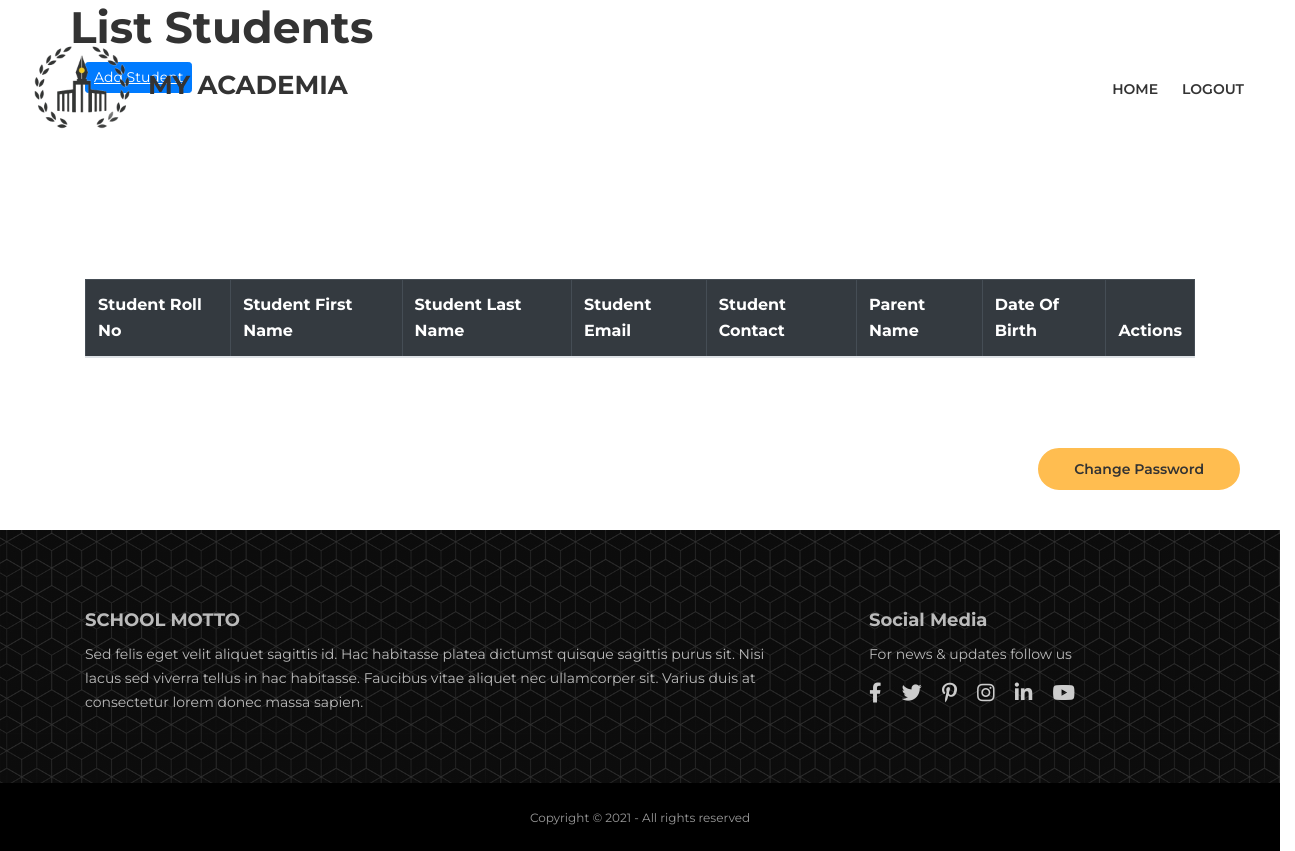
Repository: SaxenaAbhay/DBMS2023
Page: http://localhost/students
An editor plug-in stored every save of this project. The page is shown before and after the next save, followed by the edit.
The browser window is 1280 px wide. The page is 1295 px wide, so the pictures cover 1295 px, including what lies to the right of the window. The pictures show the whole page.
The page is this project's Thymeleaf template; nobody is signed in. The template is opened directly, without the code that normally fills it, so the values that code supplies are empty.

Above is the page before, as saved 2023-10-22 10:50:09.

### school-managment-system/src/main/resources/templates/students.html
<!DOCTYPE html>
<html lang="en">
    <head>
        <meta charset="utf-8">
        <meta name="viewport" content="width=device-width, initial-scale=1, shrink-to-fit=no">

        <!-- SEO Meta Tags -->
        <meta name="description" content="My Academia">
        <meta name="keywords" content="school website, responsive">
        <meta name="author" content="Yashwini Bansal">

        <!-- Website Title -->
        <title>My Academia</title>

        <link href="https://fonts.googleapis.com/css?family=Montserrat:400,400i,600,700,700i&display=swap" rel="stylesheet">

        <link href="css/bootstrap.css" rel="stylesheet">
        <link href="css/fontawesome-all.css" rel="stylesheet">
        <link href="css/swiper.css" rel="stylesheet">
        <link href="css/styles.css" rel="stylesheet">

        <link rel="icon" href="images/logo2.jpg">

        <!-- Scripts -->
        <script src="js/jquery.min.js" defer></script>
        <script src="js/popper.min.js" defer></script>
        <script src="js/bootstrap.min.js" defer></script>
        <script src="js/jquery.easing.min.js" defer></script>
        <script src="js/swiper.min.js" defer></script>
        <script src="js/validator.min.js" defer></script>
        <script src="js/scripts.js" defer></script>
    </head>
    <body  data-spy="scroll"  data-target=".fixed-top">

        <!-- Preloader -->
        <div class="spinner-wrapper">
            <div class="spinner">
                <div class="bounce1"></div>
                <div class="bounce2"></div>
                <div class="bounce3"></div>
            </div>
        </div>
        <!-- end of preloader -->


        <!-- Navigation -->
        <nav class="navbar navbar-expand-lg navbar-dark navbar-custom fixed-top">

            <!-- Logo -->
            <a class="navbar-brand logo-image" href="./index.html"><img src="./images/logo.jpg"></a><h3>MY ACADEMIA</h3>

            <!-- Mobile Menu Toggle Button -->
            <button class="navbar-toggler" type="button" data-toggle="collapse" data-target="#navbarsExampleDefault" aria-controls="navbarsExampleDefault" aria-expanded="false" aria-label="Toggle navigation">
                <span class="navbar-toggler-awesome fas fa-bars"></span>
                <span class="navbar-toggler-awesome fas fa-times"></span>
            </button>
            <!-- end of mobile menu toggle button -->

            <div class="collapse navbar-collapse" id="navbarsExampleDefault">
                <ul class="navbar-nav ml-auto">
                    <li class="nav-item">
                        <a class="nav-link page-scroll" href="./dashboard.html">HOME</a>
                    </li>
                    <li class="nav-item">
                        <a class="nav-link page-scroll" href="./login.html">LOGOUT</a>
                    </li>
                </ul>
            </div>
        </nav>

        <div class="row">
			<div class="container">
		<div class="row">
			<h1> List Students</h1>
		</div>
		<div class ="row">
            <div class="col-lg-3">
                <a th:href="@{/students/new}" class="btn btn-primary btn-sm mb-3">Add Student</a>
            </div>
        </div>
		<table class="table table-striped table-bordered" >
		<thead class="table-dark">
			<tr>
				<th>Student Roll No</th>
				<th>Student First Name</th>
				<th>Student Last Name</th>
				<th>Student Email</th>
				<th>Student Contact</th>
				<th>Parent Name</th>
				<th>Date Of Birth</th>
				<th>Actions</th>
			</tr>
		</thead>
		<tbody>
			<tr th:each="student: ${students}">
				<td th:text = "${student.scholarId}"></td>
				<td th:text = "${student.firstname}"></td>
				<td th:text = "${student.lastname}"></td>
				<td th:text = "${student.email}"></td>
				<td th:text = "${student.contact}"></td>
				<td th:text = "${student.parentName}"></td>
				<td th:text = "${student.dob}"></td>
				<td>
					<a th:href="@{/students/edit/{scholarId}(scholarId=${student.scholarId})}" class="btn btn-primary">Update</a>
					<a th:href="@{/students/{scholarId}(scholarId=${student.scholarId})}" class="btn btn-danger">Delete</a>

				</td>
			</tr>
		</tbody>
		</table>
	</div>
            <!--<div class="col-md-4 mt-1">
                <div class="card text-center sidebar">
                    <div class="card-body">
                        <img src = "./images/prof.png" class="rounded-circle" width="150">
                        <div class="mt-3">
                            <a href="./subjects.html">SUBJECTS</a>
                            <a href="./stud_attendance.html">ATTENDANCE</a>
                            <a href="./stud_marks.html">RESULTS</a>
                        </div>
                    </div>
                </div>
            </div>
            <div class="col-md-8 mt-1">
                <div class="card mb-3 content">
                    <h1 class="m-3 pt-3">Hello STUD_NAME...</h1>
                    <div class="card-body">
                        <div class="row">
                            <div class="col-md-3"><h5>Full Name</h5></div>
                            <div class="col-md-9 text-secondary">name</div>
                        </div>
                        <div class="row">
                            <div class="col-md-3"><h5>Class</h5></div>
                            <div class="col-md-9 text-secondary">name</div>
                        </div>
                        <div class="row">
                            <div class="col-md-3"><h5>Enrollment No.</h5></div>
                            <div class="col-md-9 text-secondary">name</div>
                        </div>
                        <div class="row">
                            <div class="col-md-3"><h5>Contact No.</h5></div>
                            <div class="col-md-9 text-secondary">name</div>
                        </div>
                        <div class="row">
                            <div class="col-md-3"><h5>Email id</h5></div>
                            <div class="col-md-9 text-secondary">name</div>
                        </div>
                        <div class="row">
                            <div class="col-md-3"><h5>Permanent address</h5></div>
                            <div class="col-md-9 text-secondary">name</div>
                        </div>
                        <div class="row">
                            <div class="col-md-3"><h5>D.O.B.</h5></div>
                            <div class="col-md-9 text-secondary">name</div>
                        </div>
                        <div class="row">
                            <div class="col-md-3"><h5>Blood Group</h5></div>
                            <div class="col-md-9 text-secondary">name</div>
                        </div>
                        <div class="row">
                            <div class="col-md-3"><h5>Aadhaar No.</h5></div>
                            <div class="col-md-9 text-secondary">name</div>
                        </div>
                    </div>
                </div>
            </div>-->
        </div>

        <a class="btn-solid-reg chng-pswd" href="">Change Password</a>
        <div class="clearfix"></div>

        <!-- Footer -->
        <div class="footer">
            <div class="container">
                <div class="row">
                    <div class="col-md-8">
                        <div class="footer-col first">
                            <h5>SCHOOL MOTTO</h5>
                            <p class="p-small">Sed felis eget velit aliquet sagittis id. Hac habitasse platea dictumst quisque sagittis purus sit. Nisi lacus sed viverra tellus in hac habitasse. Faucibus vitae aliquet nec ullamcorper sit. Varius duis at consectetur lorem donec massa sapien.</p>
                        </div>
                    </div> <!-- end of col -->
                    <div class="col-md-4">
                        <div class="footer-col fourth">
                            <h5>Social Media</h5>
                            <p class="p-small">For news & updates follow us</p>
                            <a href="#your-link">
                                <i class="fab fa-facebook-f"></i>
                            </a>
                            <a href="#your-link">
                                <i class="fab fa-twitter"></i>
                            </a>
                            <a href="#your-link">
                                <i class="fab fa-pinterest-p"></i>
                            </a>
                            <a href="#your-link">
                                <i class="fab fa-instagram"></i>
                            </a>
                            <a href="#your-link">
                                <i class="fab fa-linkedin-in"></i>
                            </a>
                            <a href="#your-link">
                                <i class="fab fa-youtube"></i>
                            </a>
                        </div>
                    </div> <!-- end of col -->
                </div> <!-- end of row -->
            </div> <!-- end of container -->
        </div> <!-- end of footer -->
        <!-- end of footer -->


        <!-- Copyright -->
        <div class="copyright">
            <div class="container">
                <div class="row">
                    <div class="col-lg-12">
                        <p class="p-small">Copyright © 2021 - All rights reserved</p>
                    </div> <!-- end of col -->
                </div> <!-- enf of row -->
            </div> <!-- end of container -->
        </div> <!-- end of copyright -->
        <!-- end of copyright -->
    </body>
</html>

Loaded but not shown: school-managment-system/src/main/resources/static/css/bootstrap.css (library); school-managment-system/src/main/resources/static/css/fontawesome-all.css (library); school-managment-system/src/main/resources/static/css/swiper.css (library); school-managment-system/src/main/resources/static/js/jquery.min.js (library); school-managment-system/src/main/resources/static/js/popper.min.js (library); school-managment-system/src/main/resources/static/js/bootstrap.min.js (library); school-managment-system/src/main/resources/static/js/jquery.easing.min.js (library); school-managment-system/src/main/resources/static/js/swiper.min.js (library); school-managment-system/src/main/resources/static/js/validator.min.js (library); school-managment-system/src/main/resources/static/js/scripts.js (177 lines, source omitted); school-managment-system/src/main/resources/static/css/styles.css (1735 lines, source omitted)

After the next save:
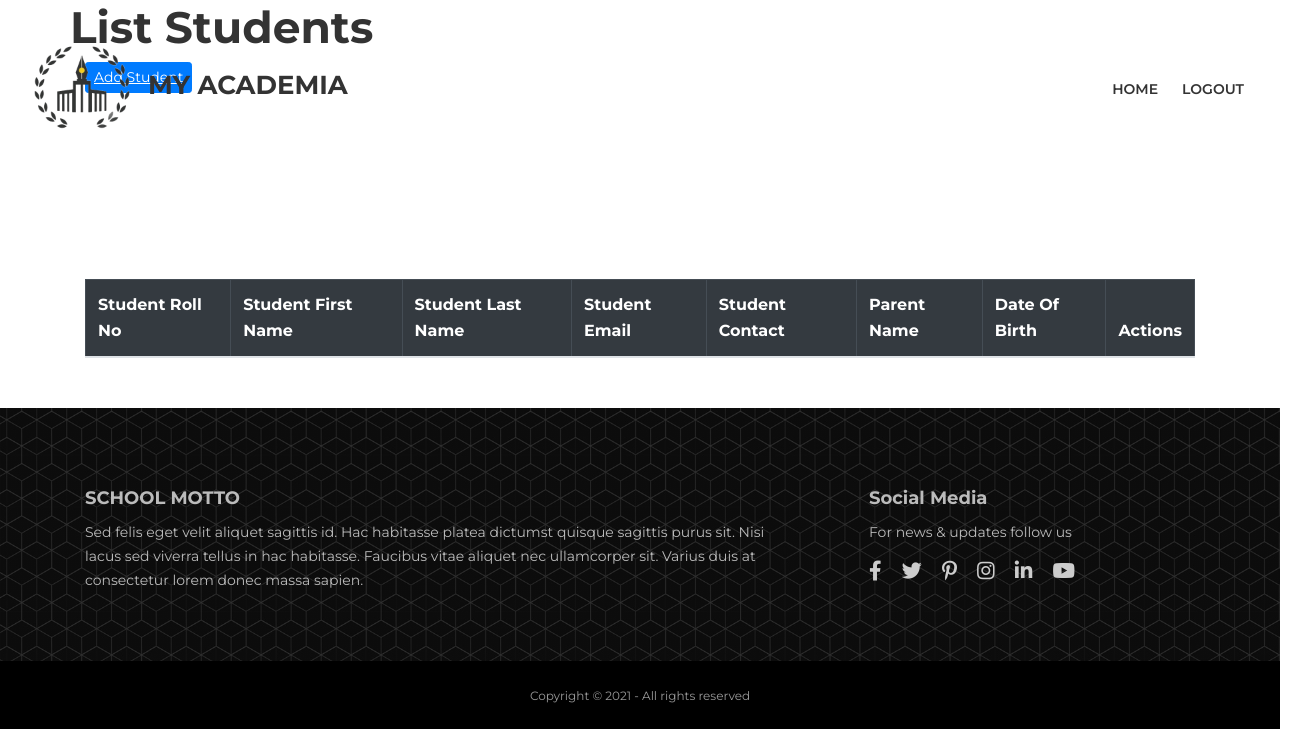
Saved 35 s later.
--- a/school-managment-system/src/main/resources/templates/students.html
+++ b/school-managment-system/src/main/resources/templates/students.html
@@ -166,7 +166,7 @@
             </div>-->
         </div>
 
-        <a class="btn-solid-reg chng-pswd" href="">Change Password</a>
+       <!-- <a class="btn-solid-reg chng-pswd" href="">Change Password</a>-->
         <div class="clearfix"></div>
 
         <!-- Footer -->
